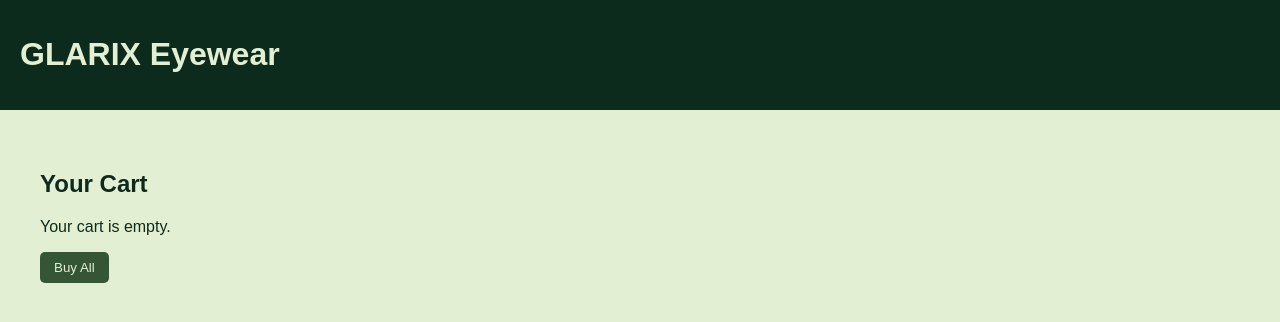
Repository: Tushal27/glarix-eyewear
Page: cart.html
The author's editor kept a copy of each file at every save. The page is drawn from the files as they stood at one save, then again after the next save.
The browser window is 1280 px wide. The pictures show the whole page.

Above is the page before, as saved 2026-02-17 20:44:52.

After the next save:
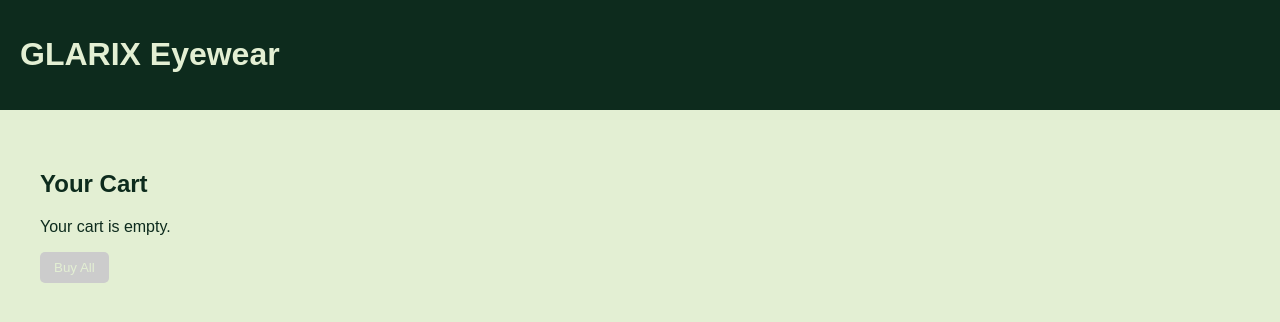
Saved 18 s later.
--- a/css/style.css
+++ b/css/style.css
@@ -384,3 +384,11 @@
   min-width: 18px;
   text-align: center;
 }
+.buy-btn:disabled {
+  background: #ccc;
+  cursor: not-allowed;
+}
+.buy-btn:disabled:hover {
+  background: #ccc;
+  color: #666;
+}
